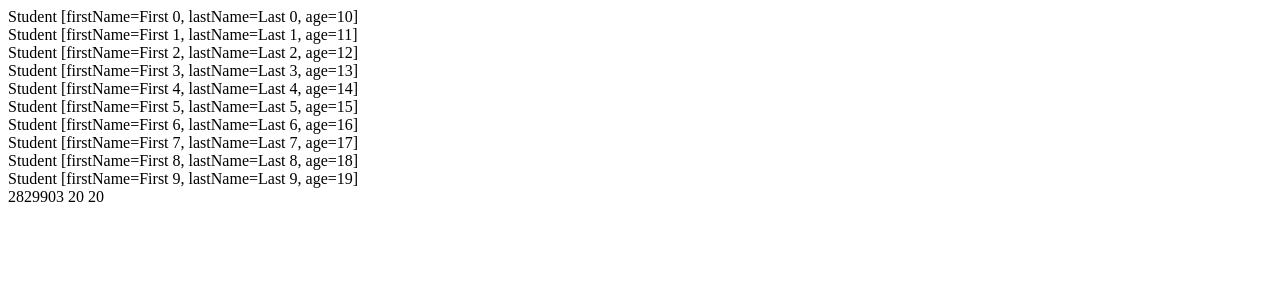
Repository: tuski/JavaProjects
Page: http://localhost/JSPTagDemo/home.jsp
These files come from the project's save history. The page is drawn as it stood at one moment and after the next save; the edit follows.
The browser window is 1280 px wide. The pictures show the whole page.
The page is served by Tomcat 9.

Above is the page before, as saved 2017-07-27 11:28:11.

After the next save:
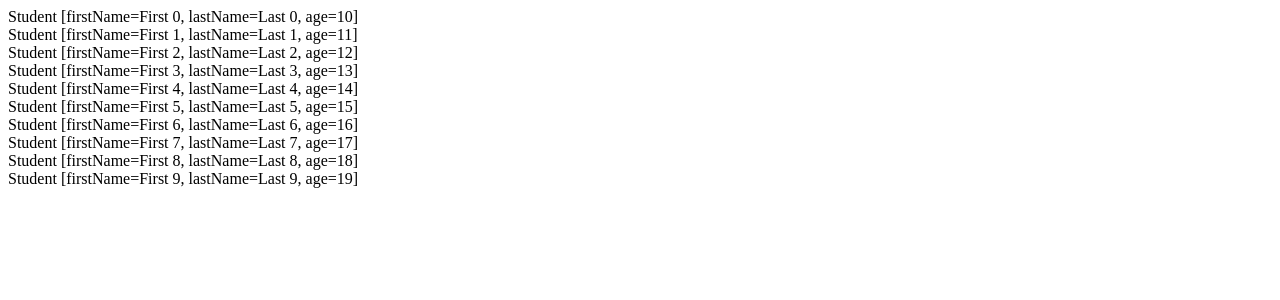
Saved 34 s later.
--- a/JSPTagDemo/WebContent/home.jsp
+++ b/JSPTagDemo/WebContent/home.jsp
@@ -21,29 +21,5 @@
  </c:forEach>
 
 
-<c:out value=" ${2829903 } " />
-
-<c:set  var="data" scope="session"  value="${20 }" ></c:set>
-
-<c:out value="${data }"> <c:out value="${data}"></c:out>
-</c:out>
-<c:if test="${ data>100}" >
-   <c:out value="${data}"/>
-</c:if>
-
-<c:if test="${not (data>100) }">
-   <c:out value="${data}"/>
-   </c:if>
-
-<c:choose>
-<c:when test="${data>100 }">
-    <c:out value="${data}"/>
-</c:when>
-<c:otherwise>
-
-</c:otherwise>
-
-</c:choose>
-
 </body>
 </html>
